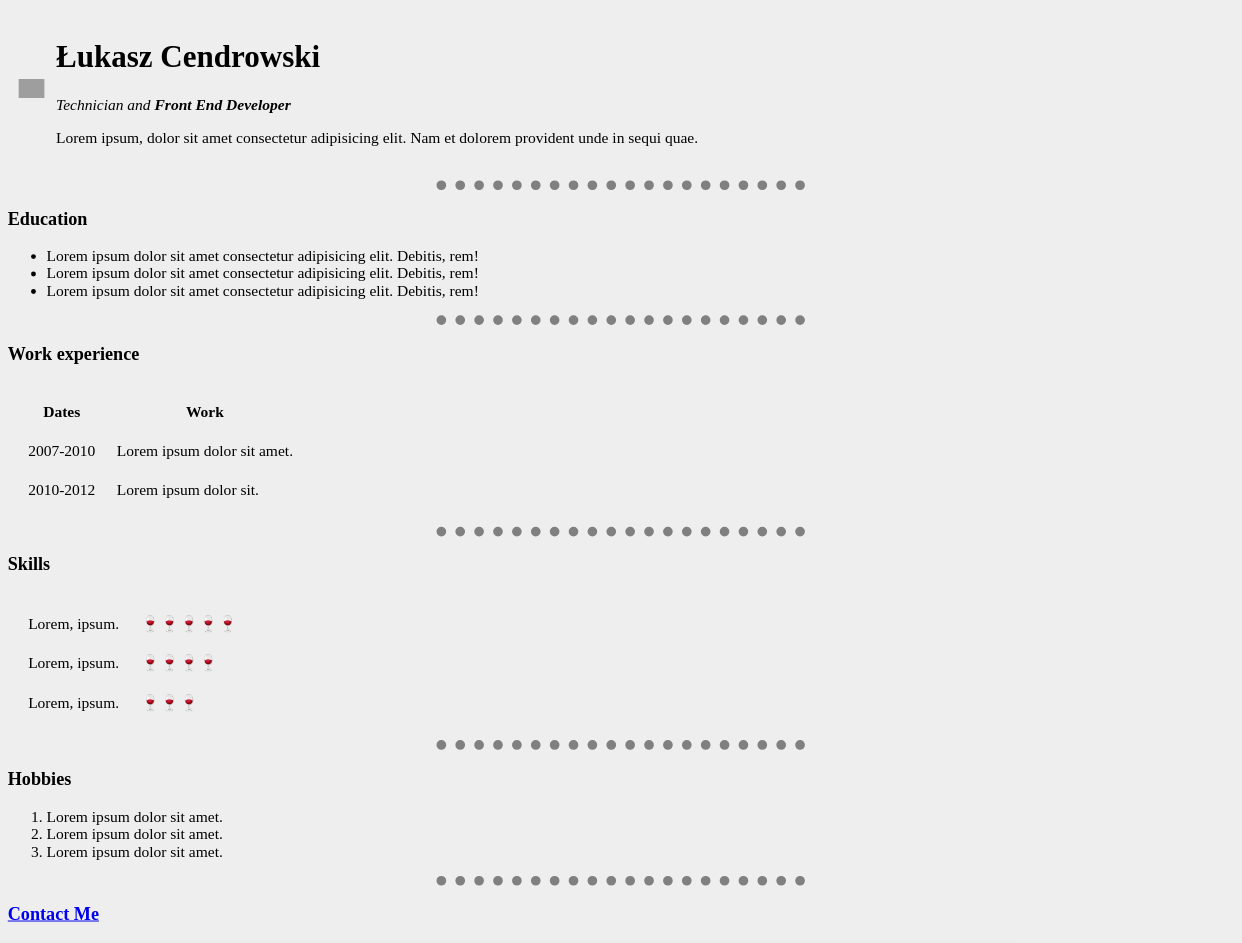
Repository: Isanderr/simple_landing_page-1
Page: index.html
The author's editor kept a copy of each file at every save. The page is drawn from the files as they stood at one save, then again after the next save.
The browser window is 1280 px wide. The pictures show the whole page, at 97% of full size.
Pictures or frames that could not be fetched are drawn as grey boxes.

Above is the page before, as saved 2019-01-29 11:44:25.

### index.html
<!DOCTYPE html>
<html lang="en">

    <head>
        <meta charset="UTF-8">
        <meta name="viewport" content="width=device-width, initial-scale=1.0">
        <meta http-equiv="X-UA-Compatible" content="ie=edge">
        <title>Personal Site</title>
        <style>
            body {
                background-color: #eeeeee;
            }

            hr {
                border-style: none;
                border-top-style: dotted;
                width: 30%;
                border-color: grey;
                border-width: 10px;
            }

            img {
                height: 20px;
            }

        </style>
    </head>

    <body>
        <table cellspacing="10px">
            <tr>
                <td><img src="img/code.jpg" alt="coder"></td>
                <td>
                    <h1>Łukasz Cendrowski</h1>
                    <p><em>Technician and <strong>Front End Developer</strong></em></p>
                    <p>Lorem ipsum, dolor sit amet consectetur adipisicing elit. Nam et dolorem provident unde in sequi
                        quae.</p>
                </td>
            </tr>
        </table>
        <hr>
        <h3>Education</h3>
        <ul>
            <li>Lorem ipsum dolor sit amet consectetur adipisicing elit. Debitis, rem!</li>
            <li>Lorem ipsum dolor sit amet consectetur adipisicing elit. Debitis, rem!</li>
            <li>Lorem ipsum dolor sit amet consectetur adipisicing elit. Debitis, rem!</li>
        </ul>
        <hr>
        <h3>Work experience</h3>
        <p></p>
        <table cellspacing="20px">
            <thead>
                <tr>
                    <th>Dates</th>
                    <th>Work</th>
                </tr>
            </thead>
            <tr>
                <td>2007-2010</td>
                <td>Lorem ipsum dolor sit amet.</td>
            </tr>
            <tr>
                <td>2010-2012</td>
                <td>Lorem ipsum dolor sit.</td>
            </tr>
        </table>
        <hr>
        <h3>Skills</h3>
        <table cellspacing="20px">
            <tr>
                <td>Lorem, ipsum.</td>
                <td>🍷🍷🍷🍷🍷</td>
            <tr>
                <td>Lorem, ipsum.</td>
                <td>🍷🍷🍷🍷</td>
            </tr>
            <tr>
                <td>Lorem, ipsum.</td>
                <td>🍷🍷🍷</td>
            </tr>
            </tr>
        </table>
        <hr>
        <h3>Hobbies</h3>
        <ol>
            <li>Lorem ipsum dolor sit amet.</li>
            <li>Lorem ipsum dolor sit amet.</li>
            <li>Lorem ipsum dolor sit amet.</li>
        </ol>
        <hr>
        <h3><a href="contact.html">Contact Me</a></h3>
    </body>

</html>

After the next save:
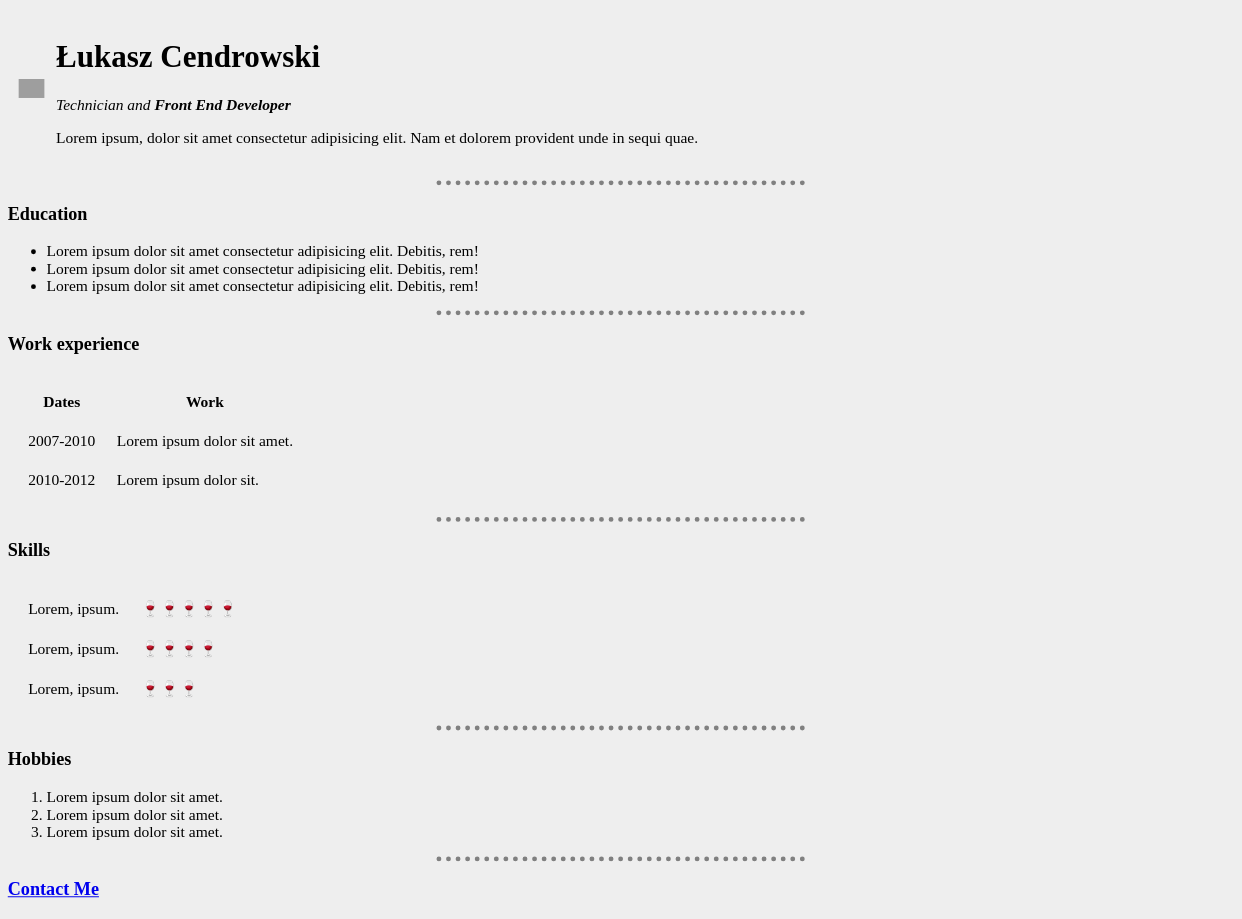
Saved 7 s later.
--- a/index.html
+++ b/index.html
@@ -16,7 +16,7 @@
                 border-top-style: dotted;
                 width: 30%;
                 border-color: grey;
-                border-width: 10px;
+                border-width: 5px;
             }
 
             img {
